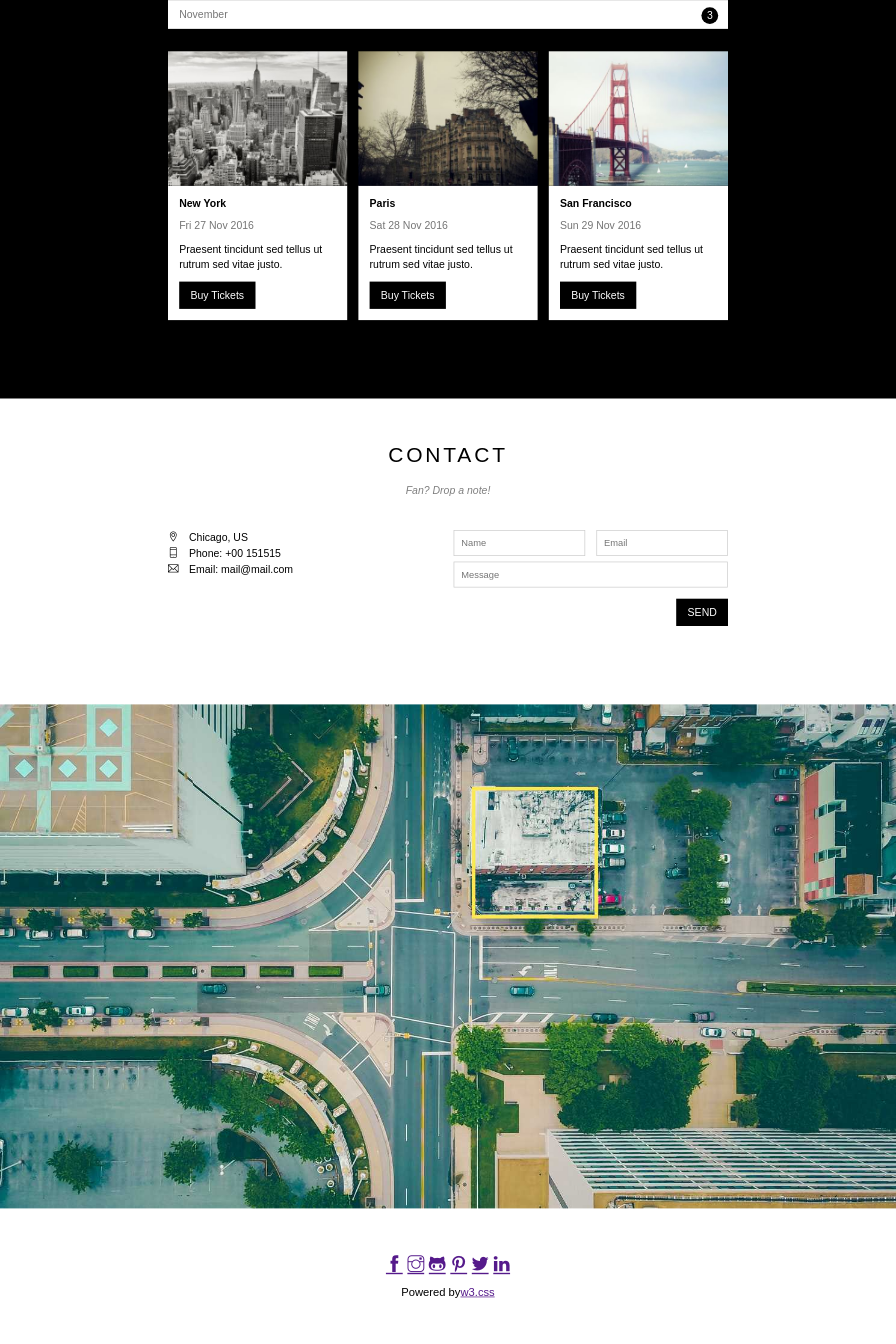
Repository: ducvui2003/LTCB
Page: index.html
The author's editor kept a copy of each file at every save. The page is drawn from the files as they stood at one save, then again after the next save.
The browser window is 1280 px wide. The pictures show the part of the page from y = 1585 to 3505 px (the page is 3505 px tall), at 70% of full size.

Above is the page before, as saved 2022-01-14 21:29:52.

After the next save:
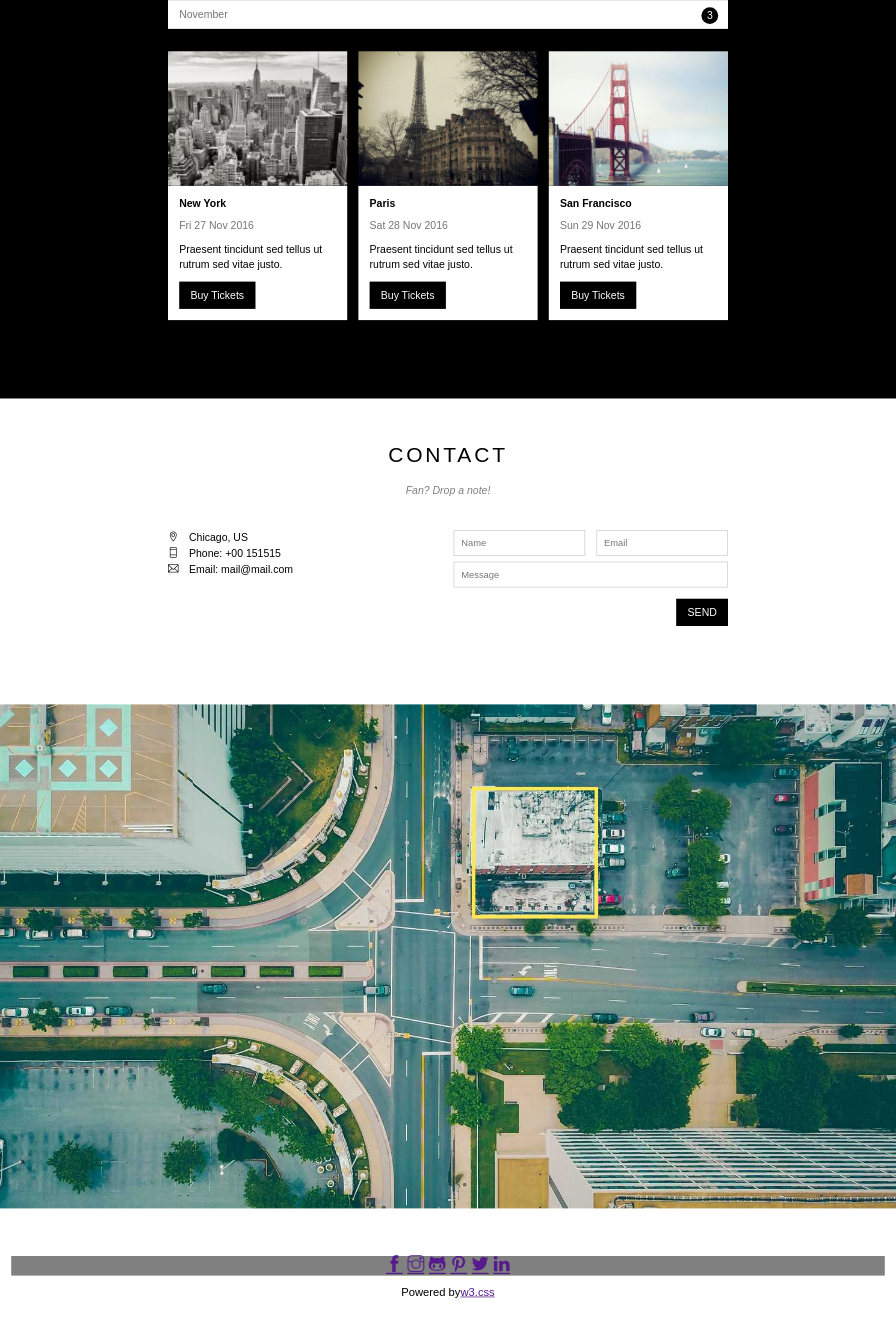
Saved 25 s later.
--- a/assest/Css/styles.css
+++ b/assest/Css/styles.css
@@ -405,7 +405,7 @@
 #footer .social-list {
     margin-bottom: 15px;
     font-size: 24px;
-    color: #f1f1f1;
+    background-color: gray;
 }
 
 #footer .copyright {

After the save that followed:
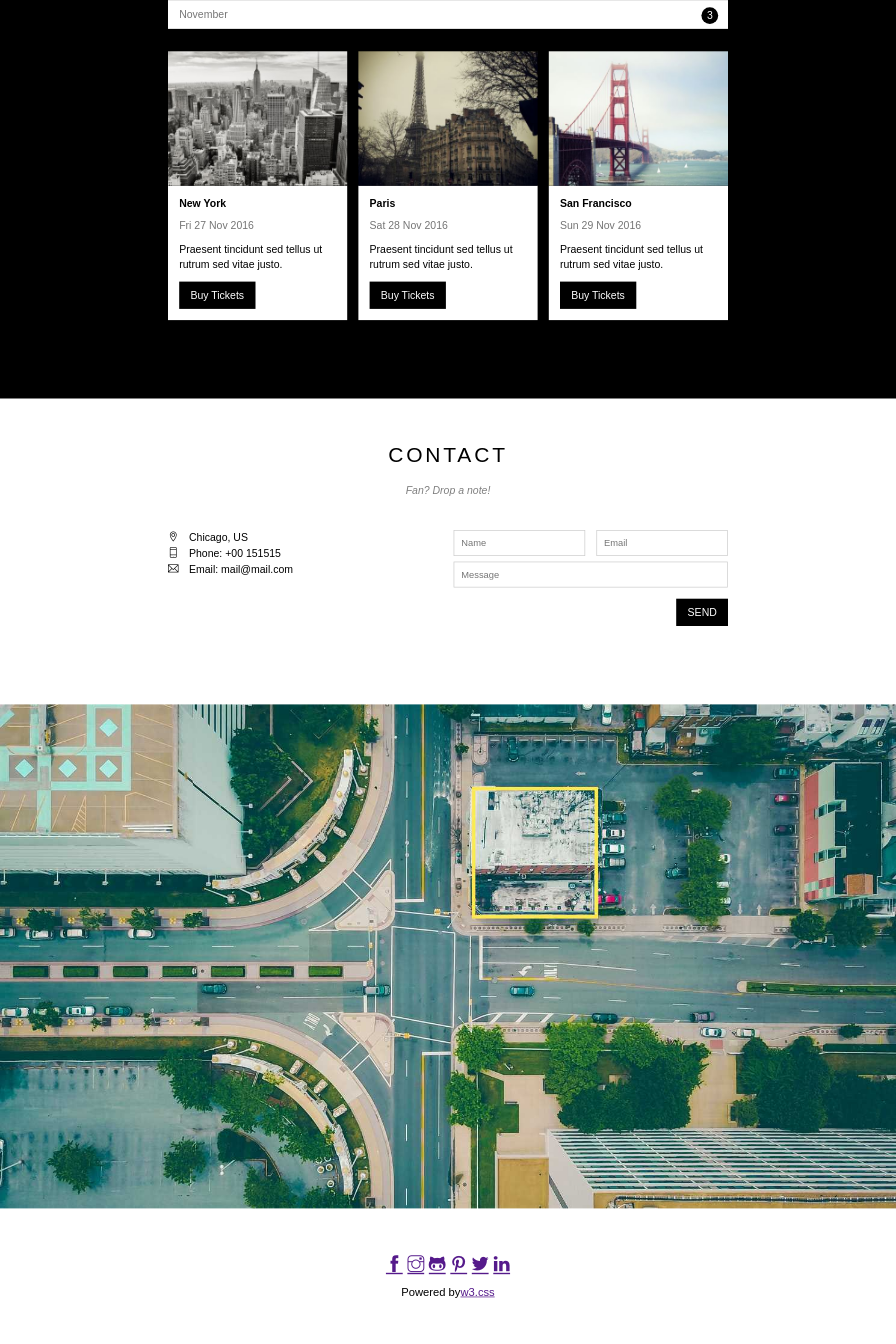
Saved 10 s later.
--- a/assest/Css/styles.css
+++ b/assest/Css/styles.css
@@ -405,7 +405,6 @@
 #footer .social-list {
     margin-bottom: 15px;
     font-size: 24px;
-    background-color: gray;
 }
 
 #footer .copyright {
